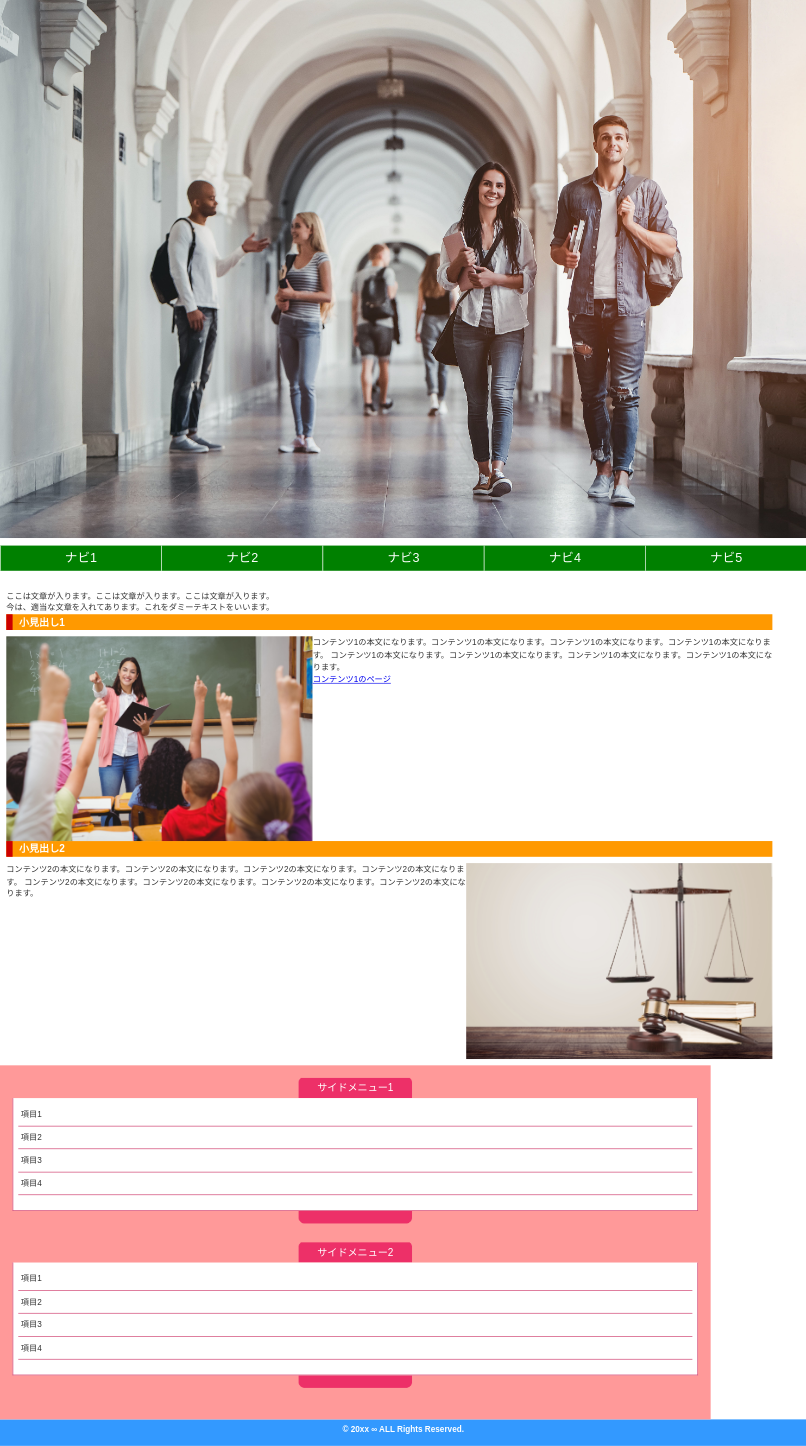
Repository: ryota-ima/samurai_HTML-CSS
Page: home.html
The author's editor kept a record of every edit. The page is drawn from the files as they stood at one moment, then again after the next edit.
The browser window is 1280 px wide. The pictures show the whole page, at 63% of full size.

Above is the page before.

### home.html
<!DOCTYPE html>
<html lang="ja">
    <head>
        <meta charset="UTF-8">
        <title>HTML/CSSの学習</title>
        <link rel="stylesheet" href="stylesheet.css">
    </head>
    <body>
        <div id="header">
            <h1><a href="index.html"><img id="corridor" src="images/corridor.jpg" alt="大学の廊下" /></a></h1>
        </div>
        <div id="wrapper">
            <div id="nav">
                <ul>
                    <li><a href="home.html">ナビ1</a></li>
                    <li><a href="#">ナビ2</a></li>
                    <li><a href="#">ナビ3</a></li>
                    <li><a href="#">ナビ4</a></li>
                    <li><a href="#">ナビ5</a></li>
                </ul>
            </div>
            <div id="container">
                <div id="main">
                    <div class="post">
                        <p>ここは文章が入ります。ここは文章が入ります。ここは文章が入ります。<br>今は、適当な文章を入れてあります。これをダミーテキストをいいます。</p>
                    </div>
                    <div class="post clearfix">
                        <h2>小見出し1</h2>
                        <img class="left" src="images/classroom.jpg" alt="授業風景">
                        <p>
                            コンテンツ1の本文になります。コンテンツ1の本文になります。コンテンツ1の本文になります。コンテンツ1の本文になります。
                            コンテンツ1の本文になります。コンテンツ1の本文になります。コンテンツ1の本文になります。コンテンツ1の本文になります。
                        </p>
                        <p><a href="#">コンテンツ1のページ</a></p>
                    </div>
                    <div class="post clearfix">
                        <h2>小見出し2</h2>
                        <img class="right" src="images/scale.jpg" alt="天秤">
                        <p>
                            コンテンツ2の本文になります。コンテンツ2の本文になります。コンテンツ2の本文になります。コンテンツ2の本文になります。
                            コンテンツ2の本文になります。コンテンツ2の本文になります。コンテンツ2の本文になります。コンテンツ2の本文になります。
                        </p>
                    </div>
                </div>
                <div id="side">
                    <div class="box">
                        <h2>サイドメニュー1</h2>
                        <div class="boxBody">
                            <ul>
                                <li>項目1</li>
                                <li>項目2</li>
                                <li>項目3</li>
                                <li>項目4</li>
                            </ul>
                        </div>
                    </div>
                    <div class="box">
                        <h2>サイドメニュー2</h2>
                        <div class="boxBody">
                            <ul>
                                <li>項目1</li>
                                <li>項目2</li>
                                <li>項目3</li>
                                <li>項目4</li>
                            </ul>
                        </div>
                    </div>
                </div>
            </div>
        </div>
        <div id="footer">
          <p>&copy; 20xx ∞ ALL Rights Reserved.</p>
        </div>


    </body>
</html>

### stylesheet.css
@charset "utf-8";

body {
    margin: 0;
    padding: 0;
    font-family: "ヒラギノ角ゴ Pro W3", "Hiragino Kaku Gothic Pro", "メイリオ", Meiryo, Osaka, "ＭＳ Ｐゴシック", "MS PGothic", sans-serif;
	color: #333;
	font-size: 13px;
	line-height: 150%;
}

/*-------------------wrapper-----------------------*/

#wrapper {
    width: 100%;
    margin: auto;
    padding: 0;
    border: 0;
    background-color: #fff;
    top: 10px;
    position: relative;
}

/*-------------------header------------------------*/

#header {
    width: 100%;
}

#header h1 {
    margin: 0;
    padding: 0;
}

#corridor {
    width: 100%;
    height: auto;
}

/*---------------------footer------------------------*/

#footer {
    clear: both;
    width: 100%;
    padding: 3px 0 3px 0;
    background: #39F;
    color: #FFF;
    font-weight: bold;
    text-align: center;
}

/*-----------------------nav---------------------------*/

#nav {
    width: 100%;
}

#nav ul {
    margin: 0;
    padding: 0;
    list-style-type: none;
    display: flex;
}

#nav ul li {
    /*float: left;*/
    width: 20%;
    text-align: center;

}

#nav ul li a {
    display: block;
    height: 20px;
    margin: 0;
    padding: 10px;
    color: #FFF;
    font-size: 20px;
    text-decoration: none;
    background-color: green;
    border-left: 1px solid white;
}

#nav ul li a:hover {
    filter: drop-shadow(10px 10px 10px black);
}

/*-------------------container-----------------------*/

#container {
    width: 100%;
    margin: auto;
    padding-top: 20px;
    clear: both;
    display: grid;
    grid-tempate-columns: 70vw 30vw;
}

/*------------------------main------------------------------*/

#main {
    width: 95%;
    /*float: left;*/
    /*width: 60%;*/
    padding: 10px 30px 10px 10px;
}

#main h2 {
    margin: 0 0 10px 0;
    padding: 3px 10px 3px 10px;
    color: #FFF;
    font-size: 16px;
    border-left: solid 10px #C00;
    background-color: #F90;
}

#main p {
    margin: 0;
    padding: 0;
}

#main post {
    margin: 0 0 30px 0;
}

#main .post img .right {
    margin: 0 0 0 8px;
}

#main .post img .left {
    margin: 0 8px 0 0;
}

.right {
    float: right;
    width: 40%;
    height: auto;
}

.left {
    float: left;
    width: 40%;
    height: auto;
}

/*-------------------------clearfix----------------------------*/


.clearfix {
    zoom: 1;
}

.clearfix:after {
    content: "";
    display: block;
    clear: both;
}


/*-------------------------side---------------------------------*/

#side {
    width: 85%;
    /*float: right;*/
    /*width: 30%;*/
    padding: 20px;
    background-color: #F99;
}


#side .box {
    margin: 0 auto 30px auto;
    padding: 0 0 20px 0;
    background: url(images/side_box.png) bottom no-repeat;
}

#side .box h2 {
    margin: 0;
    padding: 8px;
    text-align: center;
    color: #fff;
    font-size: 16px;
    line-height: 16px;
    font-weight: normal;
    background: url(images/side_box_h2.png) center no-repeat;
}

#side .box .boxBody {
    padding: 8px;
    border-right: solid 1px #C36;
    border-bottom: solid 1px #C36;
    border-left: solid 1px #C36;
    background: #fff;
}

#side .box .boxBody ul {
    margin: 0 0 16px 0;
    padding: 0;
}

#side .box .boxBody ul li {
    padding: 8px 0 8px 4px;
    list-style: none;
    border-bottom: solid 1px #C36;
}

#side .box .boxBody ul li:hover {
    padding: 8px 0 8px 4px;
    list-style: none;
    border-bottom: solid 1px #C36;
    box-shadow: 0px 4px 4px rgba(0,0,0,0.3);
}

After the next edit:
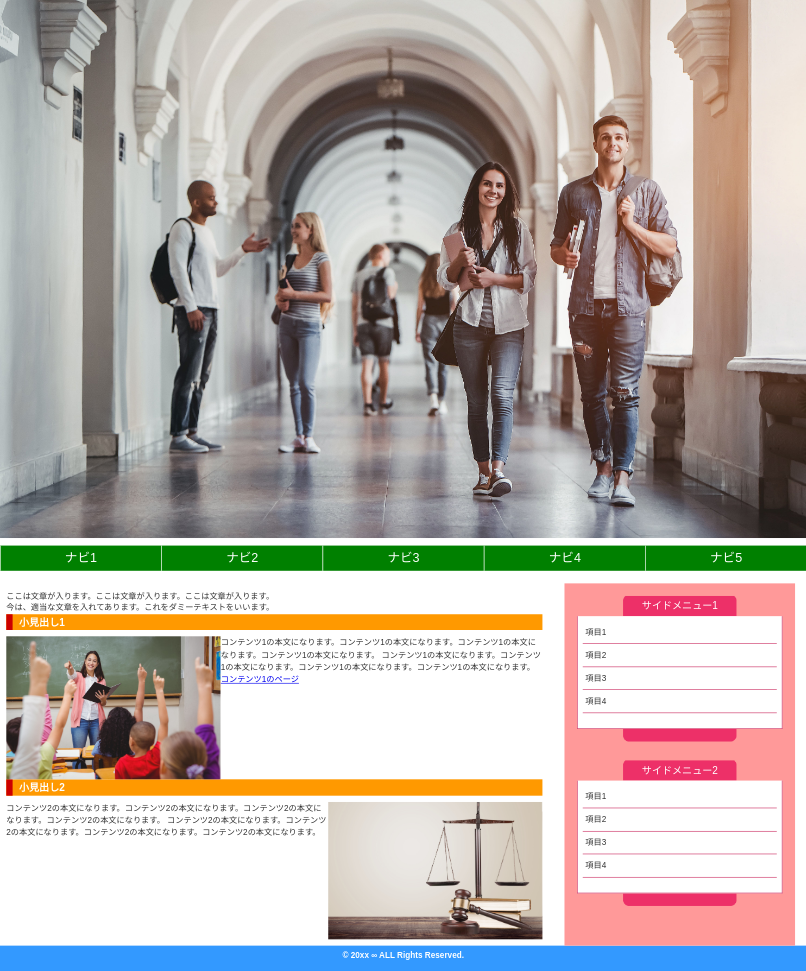
The edit:
--- a/stylesheet.css
+++ b/stylesheet.css
@@ -93,7 +93,7 @@
     padding-top: 20px;
     clear: both;
     display: grid;
-    grid-tempate-columns: 70vw 30vw;
+    grid-template-columns: 70vw 30vw;
 }
 
 /*------------------------main------------------------------*/
